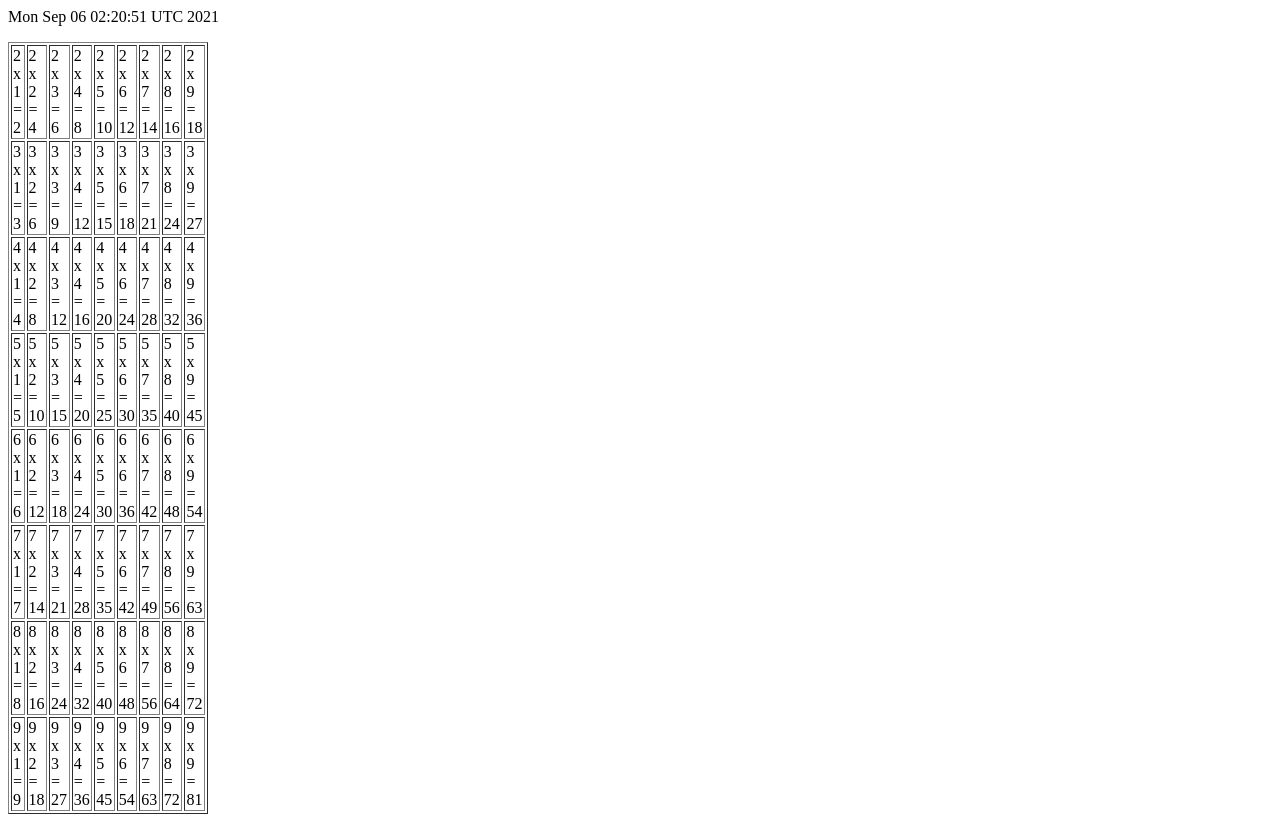
Repository: soobin10236/Class
Page: http://localhost/Web10/
These files come from the project's save history. The page is drawn as it stood at one moment and after the next save; the edit follows.
The browser window is 1280 px wide. The pictures show the whole page.
The page is served by Tomcat 9. Other server files are loaded and not shown.

Above is the page before, as saved 2021-09-08 02:57:39.

### Web10/src/main/webapp/index.jsp

<%@page import="java.util.Date"%>
<%@ page language="java" contentType="text/html; charset=EUC-KR"
	pageEncoding="EUC-KR"%>
<!DOCTYPE html>
<html>
<head>
<meta charset="EUC-KR">
<title>Insert title here</title>
</head>

<body>
	<%--

	<!-- ex) -->

	<% Date date = new Date(); %>
	<%= date %><br/>

	--%>

	<!-- ex9) 구구단 -->

	<% Date date = new Date(); %>
	<%= date %><p>
	<table border="1" width="200">
	<%
	int sum = 0;
	for(int i=1;i<=8;i++){

	%>
		<tr>
		<%for(int j=1;j<=9;j++){ %>
			<td><%=i+1%> x <%=j %> = <%= (i+1)*j %></td>

		<%
		}%>
		</tr>
	<%} %>
	</table>
	<%-- <!-- ex8) html tag-->
	<% Date date = new Date(); %>
	<%= date %><br/>
	<button>호랑이</button>
	<hr/>
	<button>호랑이</button><p>
	<input type="text" value="초기값"/><br/>
	<input type="submit" value="submit"/><br/>
	<p>
	<select name ="color">
		<option value="red" selected>Red</option>
		<option value="blue">Blue</option>
		<option value="green">Green</option>
	</select> --%>

	<%-- <!-- ex7) JSP for문-->
	<body bgcolor = <%="green" %>>
	<% Date date = new Date(); %>
	<%= date %>

	<%
		String[] name = {"호랑이","독수리","원숭이","코끼리"};
	%>

	<table border="1" width="200">
	<%for(int i = 0; i < name.length; i++){ %>
		<tr>
			<%
				int temp = i * 10;
			%>
			<td><%=temp %></td>
			<td><%=name[i] %></td>
		</tr>
	<%} %>
	</table> --%>

	<%-- <!-- ex6) 테이블 출력 -->
	<% Date date = new Date(); %>
	<%= date %>
	<table border="1" width="200">
		<tr>
			<td><%=1 %></td>
			<td><%="호랑이" %></td>
		</tr>
		<tr>
			<td><%=2 %></td>
			<td><%="코끼리" %></td>
		</tr>
		<tr>
			<td><%=3 %></td>
			<td><%="독수리" %></td>
		</tr>
	</table> --%>


	<%-- <!-- ex5) import -->
	<% //java.util.Date date = new java.util.Date(); %>

	<%//@ page import = "java.util.*" %>
	<% Date date = new Date(); %>
	<%= date %> --%>


	<%-- <!-- ex4) JSP 선언문(함수작성) -->
	<h1>호랑이</h1>
	<%!
		void f1(javax.servlet.jsp.JspWriter out){
			try{
			out.print("method call");
			} catch(Exception e){
				e.printStackTrace();
			}
		}

		int f2(){
			return 999;
		}
	%>
	<%
		f1(out);

	// 표현식에는 ; 들어가면 안됨!
	%>
	<br/>
	<%=f2() %> --%>


	<%-- <!-- ex3) JSP 표현식 -->
	<h1>호랑이</h1>
	<%
		int num = 0;
		String s = "호랑이";
	%>
	출력 1 : <%=num %><br/>
	출력 2 : <%=s %><br/>	 --%>

	<%-- <!-- ex2) JSP 출력-->
	<h1>호랑이</h1>
	<%
		int num = 0;
		String s = "호랑이";
		out.println(num + "<br/>");
		out.println(s);
	%> --%>




	<%-- <!-- ex1) JSP 기초 4가지 -->
	1번 스크립트 릿 -> 자바코드 작성
	<% %>

	2번 표현식 -> 웹페이지에 출력 용도
	<%= %>

	3번 선언문(함수 작성) -> 잘 쓰이지 않는다.
	<%! %>

	4번 주석 잡기 <%-- -->
	자바코드 안에서는 자바에서 처럼 주석 잡으면 됨 --%>

</body>

</html>

After the next save:
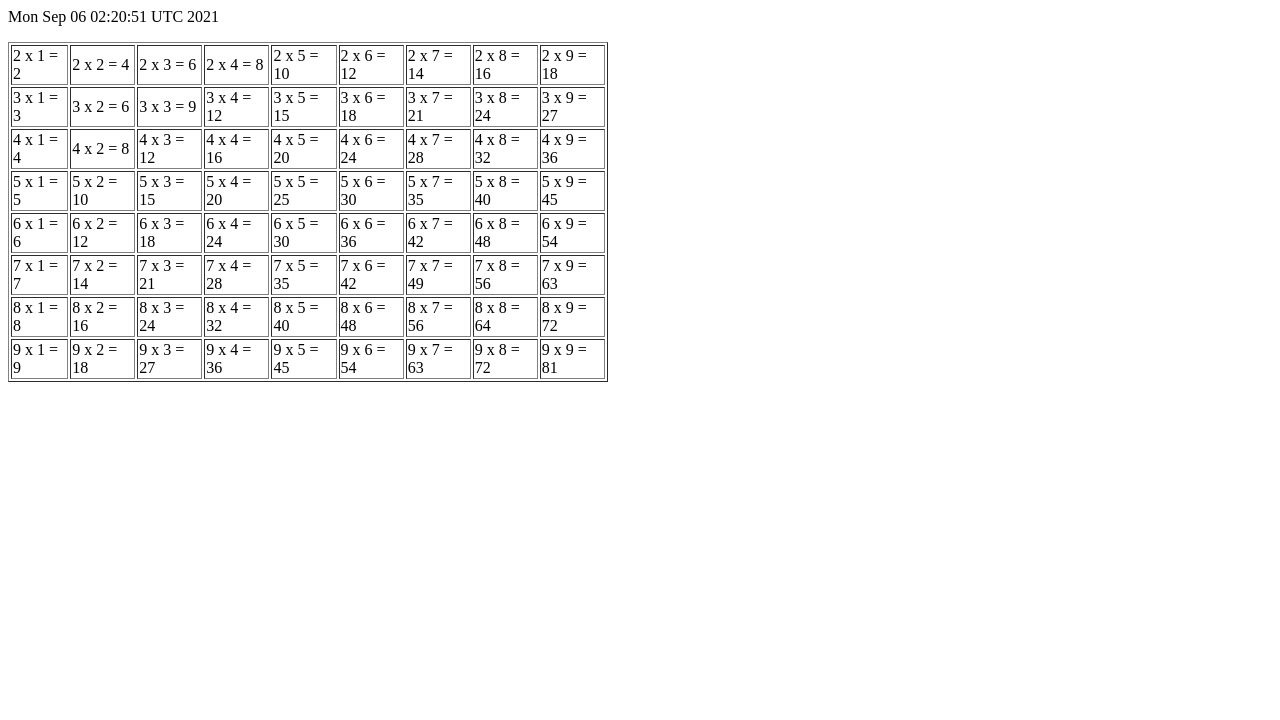
Saved 8 s later.
--- a/Web10/src/main/webapp/index.jsp
+++ b/Web10/src/main/webapp/index.jsp
@@ -23,7 +23,7 @@
 
 	<% Date date = new Date(); %>
 	<%= date %><p>
-	<table border="1" width="200">
+	<table border="1" width="600">
 	<%
 	int sum = 0;
 	for(int i=1;i<=8;i++){
